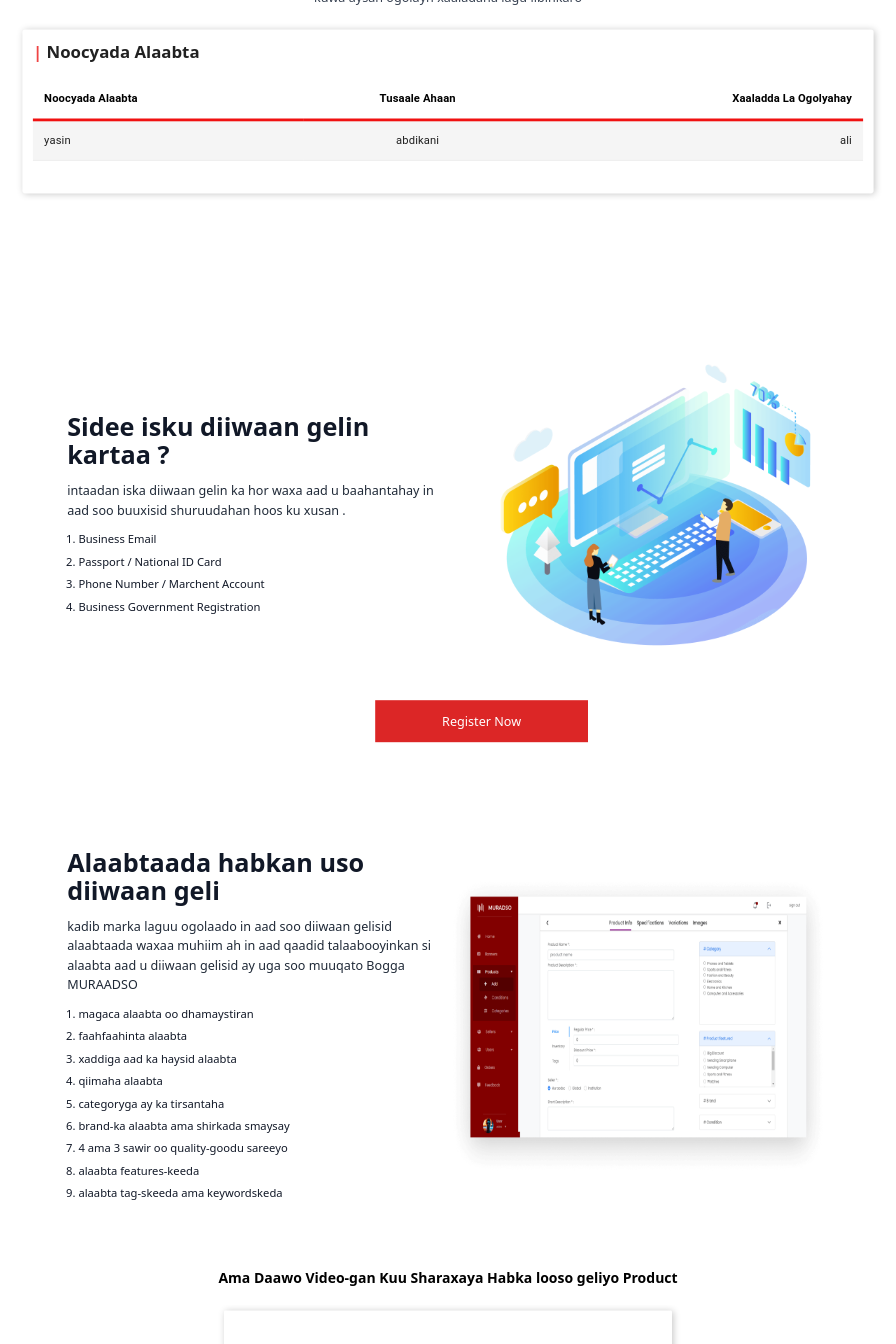
Repository: muraadso/Muraadso-Sellers
Page: /
An editor plug-in stored every save of this project. The page is shown before and after the next save, followed by the edit.
The browser window is 1280 px wide. The pictures show the part of the page from y = 2835 to 4755 px (the page is 7206 px tall before and 7229 px after), at 70% of full size.
The project was rebuilt for these pictures with package versions that can differ from the ones it lists, and the page was loaded fresh each time. The framework's server and built-in components were replaced by stand-ins that run in the browser. Also part of the build but not shown: next.config.js.

Above is the page before, as saved 2021-12-11 11:17:34.

### pages/_app.js
import '../styles/globals.css'
 import 'tailwindcss/tailwind.css'
import { Layout } from '../components/Layout'


function MyApp({ Component, pageProps }) {
  return (
    <Layout>
      <Component {...pageProps} />
    </Layout>
  )
}

export default MyApp

### styles/globals.css
@import url('https://fonts.googleapis.com/css2?family=Lato:ital,wght@0,300;0,400;0,700;0,900;1,700&family=Poppins:wght@200;300;400;500;600;700&display=swap');
html,
body {
  padding: 0 ;
  margin: 0;
  overflow-x: hidden !important;
  scroll-behavior: smooth;
}

a {
  color: inherit;
  text-decoration: none;
}

* {
  box-sizing: border-box;
}


.navbar {
  box-shadow: 2px 1px 7px rgba(0, 0, 0, 0.226);
  font-family: 'Poppins', sans-serif  ;
  font-weight: 500;

}
  .logo{
    font-family: 'Lato', sans-serif;
    font-weight: 700;
    color: rgb(233, 59, 59);
    font-size: 20px ;
  }
  .how-card{
    position: relative;
    box-shadow: 0 2px 10px rgba(0, 0, 0, 0.336) ;
  }
  .regimage{
    height: 500px;

  }
  .react-player {
    background-color: white !important;
    padding: 10px;
    box-shadow: 2px 1px 11px rgba(0, 0, 0, 0.226);
    border-radius: 2px;
  }
  .player-wrapper{
    overflow-x: hidden !important;
    /* width: 100% !important; */
  }


  .formcontainer{
    box-shadow: 2px 1px 11px rgba(0, 0, 0, 0.226);

  }



@media screen and  (max-width: 768px){
  .nav{
    padding-top: 40px;
    display: flex;
    flex-direction: column;

  }

  .how-card{
  margin-bottom: 25px;
}

.tablle{
  margin-bottom: 90px;
}
.tablle2{

}
 TableContainer{
   background-color: red;
   display: hidden;
 }
 .regimage{
    max-height: 300px;

  }
  .formcontainer{
    min-width: 110%;
  }

}




@tailwind base;
@tailwind components;
@tailwind utilities

### components/Hero.jsx
const Hero = () => {
    return (
        <div className="md:grid-cols-2 md:grid md:mt-11 hero">
                <div className="md:px-16 md:py-36 py-11 herotxt">
                    <h6 className="px-2 font-medium text-gray-500">ku iibi muraadso</h6>
                    <h1 className="my-5 text-3xl font-bold text-gray-800 capitalize md:font-bold md:text-gray-800 md:capitalize lg:text-6xl">sidee ugu iibin krtaa <br /> alaabtaada <span  className="text-red-600 md:text-red-600">muraadso</span></h1>

                    <p className="text-gray-700 md:text-left">
                         Whether you’ve already got an established e-commerce business , a great idea for a new product, or you just have a passion for selling, here’s how to take that next step with Muraadso </p>
                </div>

                <div className="heroimg">
                    <img className="w-4/4 "  src="/images/heroimage.png" alt="heroimage" />
                </div>
        </div>
    )
}

export default Hero

### components/About.jsx

const About = () => {
    return (
        <div className="mt-32">
            <h1 className="text-3xl font-bold text-center">Ku Iibso Muraadso</h1>
            <div className="gap-0 md:px-16 md:grid-cols-2 md:grid about-content">
                <div className="mt-12 aboutimg">
                  <img src="/images/aboutimage.png" className="md:h-96" alt="about image" />
                </div>
                <div className="md:mt-20 mt-11 about-text">
                    <p className="text-xl text-justify">
                        Muraadso waa hogaanka suuqa casriga ee online waana suuq aad ku iibin kartid alaabtaada, ahaw ganacsade alaabta sameeya, mid soo dajiya, si fudud ayaad ugu iibin kartaa suuqa casriga muraadso, sidoo kale ka mid noqo ganacsiyada shabakada internet ku iibiya alaabaha adiga oon ku kharash badan galin, kana faa’idaysanaya khubarada team ka muraadso helayana tobabaro iyo caawimo sidaad ugu iibin lahayd muraadso dhexdeeda Ku dhex iibta muraadso waa wax fudud sidoo kalena kharash yari kaaga bixi karo ama wax kharash ahi kaa baxayn, kaliya waxa lagaaga bahanyay in aad is diwaan galisid, kuna gurtid alaabta aad haysid online shirkada sidaana aad ku bilawdid iibka alaabtaada....<span className="text-red-600">Read More</span>
                    </p>
                </div>


            </div>
        </div>
    )
}

export default About

### components/Howtoreg.jsx
const Howtoreg = () => {
  return (
    <div className="flex flex-col md:p-16 howtoreg mb-11 md:mb-6 ">
      <div className="grid items-center justify-between md:grid-cols-2 registerdoc">
        <div className="space-y-4 regcontent">
          <h1 className="text-xl font-bold text-gray-900 md:text-4xl">Sidee isku diiwaan gelin kartaa ?</h1>
          <p className="text-lg text-gray-800 ">intaadan iska diiwaan gelin ka hor waxa aad u baahantahay in aad
            soo buuxisid shuruudahan hoos ku xusan .</p>
            <ol className="ml-4 space-y-2 font-medium text-gray-900 list-decimal">
              <li>Business Email</li>
              <li>Passport / National ID Card</li>
              <li>Phone Number / Marchent Account </li>
              <li>Business Government Registration</li>
            </ol>
        </div>
        <div className="flex items-center justify-end regimage">
          <img className="regimage" src="/images/registrationn.png" alt="" />
        </div>

      </div>
      <div className="flex flex-col items-center justify-center space-y-4 md:space-x-24 md:flex-row acceptterms">
        <div className="flex flex-row items-center justify-center check">
        </div>
        <div className="items-center justify-center text-center">
        <button className="items-center justify-center px-24 py-3 text-sm text-white bg-red-600 md:text-center md:text-lg md:px-24 md:py-4 ">Register Now</button>
        </div>
      </div>


    </div>
  )
}

export default Howtoreg

### components/Whatsell.jsx
import * as React from 'react';
import { styled } from '@mui/material/styles';
import Table from '@mui/material/Table';
import TableBody from '@mui/material/TableBody';
import TableCell, { tableCellClasses } from '@mui/material/TableCell';
import TableContainer from '@mui/material/TableContainer';
import TableHead from '@mui/material/TableHead';
import TableRow from '@mui/material/TableRow';
import Paper from '@mui/material/Paper';

const StyledTableCell = styled(TableCell)(({ theme }) => ({

  [`&.${tableCellClasses.head}`]: {
    backgroundColor: theme.palette.common.white,
    color: theme.palette.common.black,
    borderBottom: '4px solid rgb(240, 17, 17)' ,
    fontSize: '16px',
    fontWeight: '600',

  },
  [`&.${tableCellClasses.body}`]: {
    fontSize: 16,
  },
}));

const StyledTableRow = styled(TableRow)(({ theme }) => ({
  '&:nth-of-type(odd)': {
    backgroundColor: theme.palette.action.hover,


  },
  // hide last border
  '&:last-child td, &:last-child th': {
    border: 0,
  },
}));





function createData(noocaAlaabta, tusaale, xaaladda) {
  return { noocaAlaabta, tusaale, xaaladda };
}

const rows = [

];
const rows2 = [
  createData('yasin', "abdikani", 'ali'),
  createData

];

export default function Whatsell() {
  return (
      <>
    <div className="flex flex-col items-center md:justify-center md:mb-36 tablle mb-11">
                <h1 className="text-xl font-bold text-center text-gray-900 md:text-3xl">Alaab Nocee ah ayaad iibin kartaa ?</h1>
                <p className="max-w-3xl mb-8 text-sm text-center text-gray-700 md:text-lg">Waxay ku xirantahy alaabta noceeda, xaaladda alaabta, Category-ga, iyo Brand-ka .
                table-ka hoos ku xusan waxa uu kutusayaa Categoriyada shirkaddu ay ogoshahay iibintooda
                iyo kuwa aysan ogolayn xaaladaha lagu iibinkaro </p>

            <TableContainer className="mw-screen-lg TableContainer" component={Paper} sx={{ padding: "15px", minWidth: 380 , maxWidth: 1500, boxShadow: '2px 1px 11px rgba(0, 0, 0, 0.226)' }}>
        <h1 className="mb-6 text-2xl font-bold "> <span className="font-black text-red-500 ">|</span> Noocyada Alaabta</h1>
      <Table sx={{ minWidth: 500 }} aria-label="customized table">
        <TableHead>
          <TableRow>
            <StyledTableCell>Noocyada Alaabta</StyledTableCell>
            <StyledTableCell align="center"> Tusaale Ahaan</StyledTableCell>
            <StyledTableCell align="right">Xaaladda La Ogolyahay</StyledTableCell>
          </TableRow>
        </TableHead>
        <TableBody>
          {rows.map((row) => (
            <StyledTableRow key={row.noocaAlaabta} sx={{backgroundColor: 'white'}}>
              <StyledTableCell component="th" scope="row">
                {row.noocaAlaabta}
              </StyledTableCell>
              <StyledTableCell   align="center">{row.tusaale}</StyledTableCell>
              <StyledTableCell align="right">{row.xaaladda}</StyledTableCell>
            </StyledTableRow>
          ))}
        </TableBody>
      </Table>
    </TableContainer>

    </div>


    <div className="flex flex-col items-center md:justify-center md:mb-36 tablle mb-11">
                <h1 className="text-xl font-bold text-center text-gray-900 md:text-3xl">Alaab Nocee ah ayaad iibin kartaa ?</h1>
                <p className="max-w-3xl mb-8 text-sm text-center text-gray-700 md:text-lg">Waxay ku xirantahy alaabta noceeda, xaaladda alaabta, Category-ga, iyo Brand-ka .
                table-ka hoos ku xusan waxa uu kutusayaa Categoriyada shirkaddu ay ogoshahay iibintooda
                iyo kuwa aysan ogolayn xaaladaha lagu iibinkaro </p>

            <TableContainer className="mw-screen-lg TableContainer" component={Paper} sx={{ padding: "15px", minWidth: 380 , maxWidth: 1500, boxShadow: '2px 1px 11px rgba(0, 0, 0, 0.226)' }}>
        <h1 className="mb-6 text-2xl font-bold "> <span className="font-black text-red-500 ">|</span> Noocyada Alaabta</h1>
      <Table sx={{ minWidth: 500 }} aria-label="customized table">
        <TableHead>
          <TableRow>
            <StyledTableCell>Noocyada Alaabta</StyledTableCell>
            <StyledTableCell align="center"> Tusaale Ahaan</StyledTableCell>
            <StyledTableCell align="right">Xaaladda La Ogolyahay</StyledTableCell>
          </TableRow>
        </TableHead>
        <TableBody>
          {rows2.map((row) => (
            <StyledTableRow key={row.noocaAlaabta} sx={{backgroundColor: 'white'}}>
              <StyledTableCell component="th" scope="row">
                {row.noocaAlaabta}
              </StyledTableCell>
              <StyledTableCell   align="center">{row.tusaale}</StyledTableCell>
              <StyledTableCell align="right">{row.xaaladda}</StyledTableCell>
            </StyledTableRow>
          ))}
        </TableBody>
      </Table>
    </TableContainer>

    </div>




     </>
  );
}

### components/Howtolist.jsx
import ReactPlayer from 'react-player'


const Howtoreg = () => {
  return (
    <div className="flex flex-col space-y-11 md:space-y-24 md:p-16 howtoreg">
      <div className="grid items-center justify-between md:grid-cols-2 registerdoc">
        <div className="space-y-4 regcontent">
          <h1 className="text-xl font-bold text-gray-900 md:text-4xl">Alaabtaada habkan uso diiwaan geli</h1>
          <p className="text-lg text-gray-800 ">kadib marka laguu ogolaado in aad soo diiwaan gelisid alaabtaada
waxaa muhiim ah in aad qaadid talaabooyinkan si alaabta aad
u diiwaan gelisid ay uga soo muuqato Bogga MURAADSO</p>
            <ol className="ml-4 space-y-2 font-medium text-gray-900 list-decimal">
              <li>magaca alaabta oo dhamaystiran</li>
              <li>faahfaahinta alaabta </li>
              <li>xaddiga aad ka haysid alaabta </li>
              <li>qiimaha alaabta </li>
              <li>categoryga ay ka tirsantaha</li>
              <li>brand-ka alaabta ama shirkada smaysay</li>
              <li>4 ama 3 sawir oo quality-goodu sareeyo</li>
              <li>alaabta features-keeda</li>
              <li>alaabta tag-skeeda ama keywordskeda</li>
            </ol>
        </div>
        <div className="flex items-center justify-end regimage">
          <img className="regimage" src="/images/dashboard.png" alt="" />
        </div>

      </div>

      <div className="flex flex-col items-center justify-center space-y-6 watch">
          <h1 className="text-lg font-medium text-center md:font-bold md:text-xl ">Ama Daawo Video-gan Kuu Sharaxaya Habka looso geliyo Product</h1>
         <div className='flex items-center justify-center w-screen p-2 overflow-x-hidden mx-11 player-wrapper'>
        <ReactPlayer
          className=' react-player'
          url='hhttps://www.youtube.com/watch?v=qS5MdsgyWb4&t=5s'
        style={{
            backgroundColor: '#ff0000'
        }}

        />
      </div>
      </div>




    </div>
  )
}

export default Howtoreg

### components/Reg.jsx
import TextField from '@mui/material/TextField';
import Checkbox from '@mui/material/Checkbox';
import FormControlLabel from '@mui/material/FormControlLabel';



const Reg = () => {
    return (
        <div className="container flex flex-col items-center justify-center md:w-screen md:px-11 mb-36 ">
            <h1 className="text-lg font-bold text-center md:text-3xl ">Nagu Soo Biir Macmiil</h1>
            <div className="flex flex-col items-center justify-center py-10 mt-24 bg-white rounded md:w-9/12 md:px-11 space-y-7 formcontainer">
            <h1 className="text-lg font-bold text-center md:text-3xl ">Is Diiwaan Geli</h1>
                <div className="grid w-5/6 grid-cols-1 md:grid-cols-2 gap-x-6 gap-y-7 form">
                  <TextField id="outlined-basic" label="First Name" variant="outlined" />
                  <TextField id="outlined-basic" label="Last Name" variant="outlined" />
                  <TextField id="outlined-basic" label="Magaalada" variant="outlined" />
                  <TextField id="outlined-basic" label="Address" variant="outlined" />
                  <TextField type="number" id="outlined-basic" label="Phone Number" variant="outlined" />
                  <TextField id="outlined-basic" label="Magaca Ganasiga" variant="outlined" />
                  <TextField id="outlined-basic" label="Noca Ganasiga" variant="outlined" />
                </div>

                <div className="flex flex-col items-center justify-center text-center">
                    <FormControlLabel className="mb-2" control={<Checkbox />} label="I accept the privacy and policy" />
                   <button
                    className="items-center justify-center px-24 py-3 text-sm text-white bg-red-600 md:text-center md:text-lg md:px-24 md:py-4 ">
                        Register Now
                    </button>
        </div>
            </div>





        </div>
    )
}

export default Reg

### components/How.jsx
export const How = () => {
    return (
        <div className="flex flex-col items-center justify-center mt-32 mb-24 how md:gap-y-4 gap-y-11">
            <div className="howheader">
            <h2 className="text-4xl font-bold text-center">Sidee u shaqaysaa</h2>
            <p className="mt-2 text-lg text-center text-gray-600">habka uu ushaqeeyo adeegan waa sidatan hoos ku xusan</p>
            </div>
            <div className="h-full md:p-16 md:gap-4 gap-72 md:grid-cols-4 md:grid howsteps">

                <div className="relative max-h-full p-6 bg-white border-4 border-red-400 rounded how-card ">
                    <div className="flex items-center justify-center my-4 card-icon ">
                        <img  src="./icons/register.png" alt="register" />

                    </div>
                    <div className="mb-4 text-xl text-center text-gray-800 cardbody">
                        Macmiil iska diiwaan geli adeega, 24h kadib waxad helaysa fariin ah in lagu aqbalay
                    </div>
                    <div className="absolute flex items-center justify-center w-10 h-10 font-bold text-red-500 bg-white border-2 border-red-500 rounded-full -bottom-5 md:left-40 left-36 place-content-center card-number"> <h2>1</h2></div>
                </div>


                <div className="relative max-h-full p-6 bg-white border-4 border-red-400 rounded how-card ">
                    <div className="flex items-center justify-center my-4 card-icon ">
                        <img className="h-24"  src="./icons/features.png" alt="register" />
                    </div>
                    <div className="mb-4 text-xl text-center text-gray-800 cardbody">
                        Macmiil iska diiwaan geli adeega, 24h kadib waxad helaysa fariin ah in lagu aqbalay
                    </div>
                    <div className="absolute flex items-center justify-center w-10 h-10 font-bold text-red-500 bg-white border-2 border-red-500 rounded-full -bottom-5 md:left-40 left-36 place-content-center card-number"> <h2>2</h2></div>
                </div>




                <div className="relative max-h-full p-6 bg-white border-4 border-red-400 rounded how-card ">
                    <div className="flex items-center justify-center my-4 card-icon ">
                        <img className="h-24"  src="./icons/verified.png" alt="register" />

                    </div>
                    <div className="mb-4 text-xl text-center text-gray-800 cardbody">
                        Macmiil iska diiwaan geli adeega, 24h kadib waxad helaysa fariin ah in lagu aqbalay
                    </div>
                    <div className="absolute flex items-center justify-center w-10 h-10 font-bold text-red-500 bg-white border-2 border-red-500 rounded-full -bottom-5 md:left-40 left-36 place-content-center card-number"> <h2>3</h2></div>
                </div>


                <div className="relative max-h-full p-6 bg-white border-4 border-red-400 rounded how-card ">
                    <div className="flex items-center justify-center my-4 card-icon ">
                        <img className="h-24"  src="./icons/givemoney.png" alt="register" />

                    </div>
                    <div className="mb-4 text-xl text-center text-gray-800 cardbody">
                        Macmiil iska diiwaan geli adeega, 24h kadib waxad helaysa fariin ah in lagu aqbalay
                    </div>
                    <div className="absolute flex items-center justify-center w-10 h-10 font-bold text-red-500 bg-white border-2 border-red-500 rounded-full -bottom-5 md:left-40 left-36 place-content-center card-number"> <h2>4</h2></div>
                </div>

            </div>
            <p className="text-center text-gray-800">Wixii faahfaahin ah waxaad kala xiriiri kartaa lambaradan hoos kuugu xusan</p>
            <a className="font-medium text-red-600" href="#">+252 63 3333471</a>

        </div>
    )
}

export default How

### components/Navbar.jsx
import React, { useState } from "react";
import { HiOutlineMenuAlt2, HiOutlineMenuAlt3 } from "react-icons/hi";



export default function Navbar() {
  const [showNav, setShowNav] = useState(false);

  return (
    <nav className="sticky top-0 z-20 items-center justify-between bg-white px-14 md:px-24 md:py-3 navbar md:flex">
      <div className="flex items-center justify-between">
        <a href="#">
          <h2>Muraadso</h2>
        </a>


        {showNav ? (
          <HiOutlineMenuAlt3
            onClick={() => setShowNav(!showNav)}
            className="block w-10 h-10 p-2 cursor-pointer md:hidden" />

        ) : (
          <HiOutlineMenuAlt2
            onClick={() => setShowNav(!showNav)}
            className="block w-10 h-10 p-2 cursor-pointer md:hidden"
          />
        )}
      </div>

      <ul
        className={
          (showNav ? "left-0" : "-left-full") +
          " md:static fixed bottom-0 md:ml-24 top-14 md:flex md:space-x-6 items-center md:bg-transparent bg-gray-700 rounded md:rounded-none md:bg-white bg-opacity-90 md:w-auto w-10/12 md:text-gray-800 text-white  md:space-y-0 space-y-5 p-2 transition-left nav"
        }
      >
        <a href="#"> Home</a>
        <a href="#"> About</a>
        <a href="#"> Doc</a>
        <a href="#"> Contact Us</a>
      <a className="px-4 py-2 text-white bg-red-600 rounded" href="">Signup</a>
      </ul>
    </nav>
  );
}

























// const Navbar = () => {
//     return (
//         <div>
//      <div className="sticky top-0 z-20 items-center justify-between bg-white md:flex navbar">
//          <a className="logo" href="#">Muraadso</a>
//          <nav className="fixed bottom-0 items-center w-10/12 p-2 space-y-5 text-white bg-gray-500 md:static top-12 md:flex md:space-x-7 md:bg-transparent bg-opacity-90 md:w-auto md:text-gray-500 md:space-y-0 transition-left nav">
//              <a className="hover:text-red-600" href="">Home</a>
//              <a className="hover:text-red-600" href="">About</a>
//              <a className="hover:text-red-600" href="">Doc</a>
//              <a className="hover:text-red-600" href="">Contact Us</a>
//          </nav>
//          <a href="#" className="px-4 py-2 text-white bg-red-600 rounded hover:bg-red-700 signup ">Signup</a>
//      </div>

//         </div>
//     )
// }

// export default Navbar

### components/Footer.jsx
import FacebookIcon from '@mui/icons-material/Facebook';
import InstagramIcon from '@mui/icons-material/Instagram';
import YouTubeIcon from '@mui/icons-material/YouTube';
import Divider from '@mui/material/Divider';
import CopyrightIcon from '@mui/icons-material/Copyright';





const Footer = () => {
    return (
        <div className="px-2 py-8 border md:px-24 md:py-16 bg-gray-50 space-y-7">
            <div className="flex flex-col items-center justify-between space-y-4 md:flex-row upper md-space-y-0">

            <div className="flex items-center space-x-5 md:space-x-7 justify-items-start footercontent">
                <a href="#">About Us</a>
                <a href="#">How it Works</a>
                <a href="#">Nagu Dooro</a>
                <a href="#">Register</a>

            </div>

            <div className="footericons space-x-7">
                <FacebookIcon sx={{ fontSize: 30, color: "#ff5e5b" }} />
                <InstagramIcon sx={{ fontSize: 30, color: "#ff5e5b" }} />
                <YouTubeIcon sx={{ fontSize: 30, color: "#ff5e5b" }} />
            </div>

            </div>
            <Divider className="text-red-600">Muraadso.com</Divider>

            <div className="flex flex-col items-center justify-between space-y-3 md:space-y-0 md:flex-row bottom">
                <a href="#"> <CopyrightIcon className="items-center" sx={{fontSize: 15}} /> 2021 Muraadso.All rights reserved. </a>
                <div className="space-x-8 term">
                <a href="#">Privacy Policy</a>
                <a href="#">Terms Of Service</a>
                </div>


            </div>

        </div>
    )
}

export default Footer

Loaded but not shown: styles/Home.module.css (common file); pages/index.js (32 lines, source omitted); tailwind.config.js (18 lines, source omitted); components/Layout.js (15 lines, source omitted); components/Whyus.jsx (70 lines, source omitted)

After the next save:
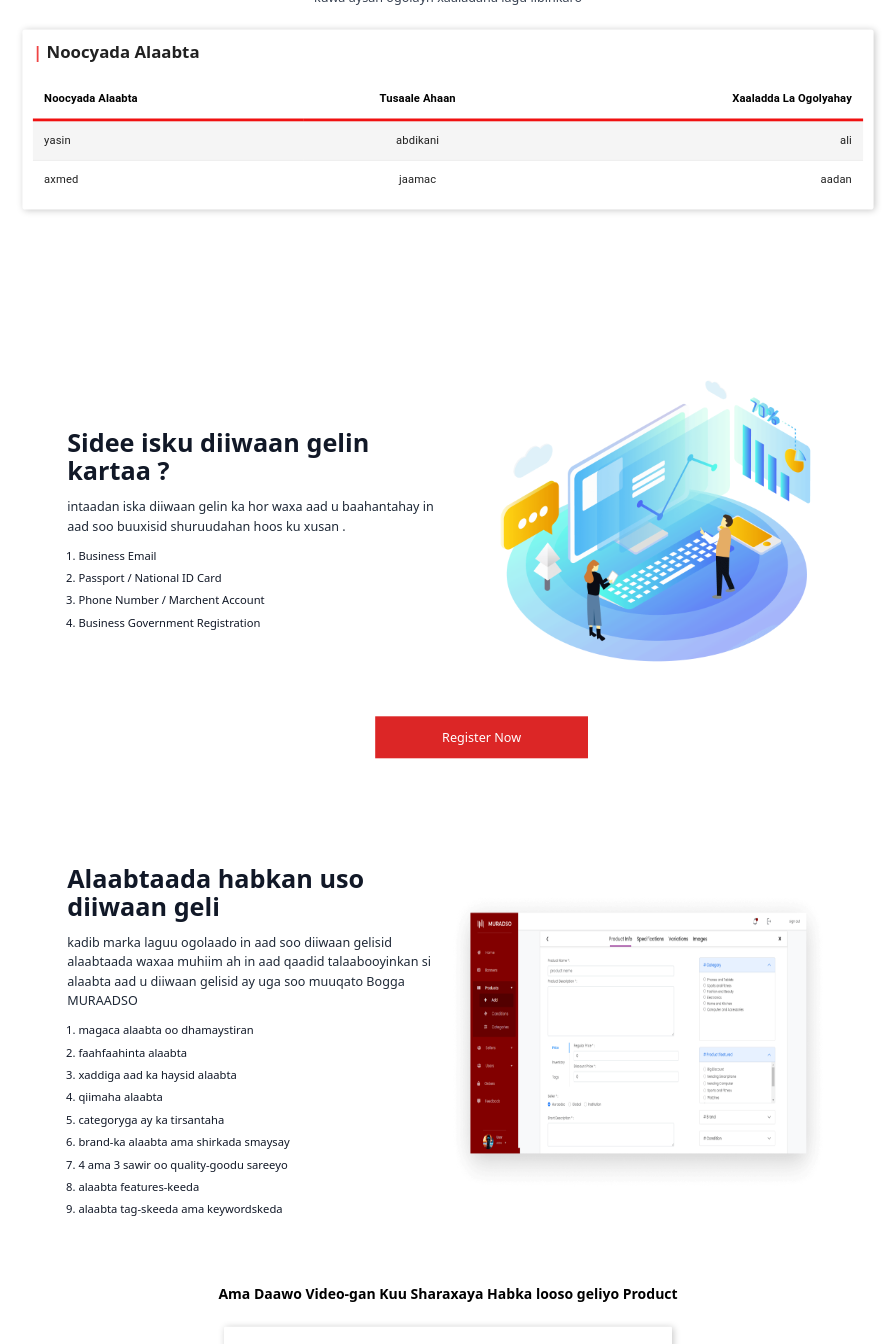
Saved 19 s later.
--- a/components/Whatsell.jsx
+++ b/components/Whatsell.jsx
@@ -48,7 +48,7 @@ const rows = [
 ];
 const rows2 = [
   createData('yasin', "abdikani", 'ali'),
-  createData
+  createData('axmed', 'jaamac', 'aadan')
 
 ];
 
